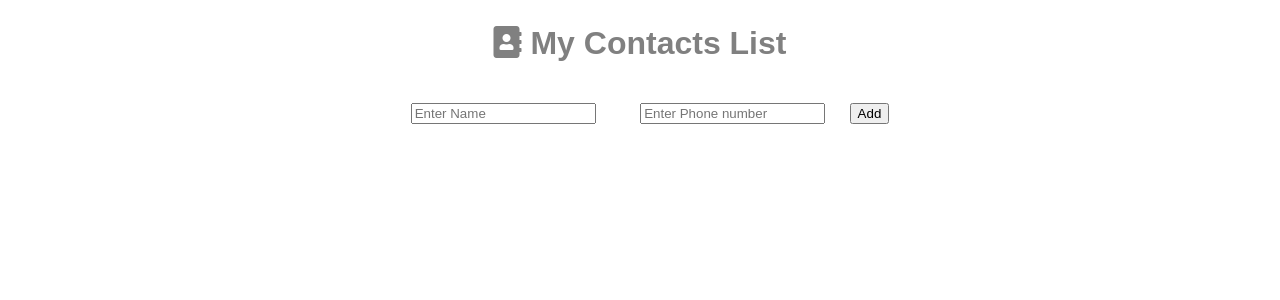
Repository: Sayan-100/Contact-List
Page: http://localhost/
An editor plug-in stored every save of this project. The page is shown before and after the next save, followed by the edit.
The browser window is 1280 px wide. The pictures show the whole page.
Some web libraries are served in a nearby version. The page is served by the project's Node server (index.js). Other server files are loaded and not shown. Queries for data that is not in the repository find no rows.

Above is the page before, as saved 2022-01-09 21:39:40.

### views/home.ejs
<html>

<head>
    <title>
        <%=locals.title%>
    </title>

    <link rel="stylesheet" href="https://use.fontawesome.com/releases/v5.5.0/css/all.css" integrity="sha384-B4dIYHKNBt8Bc12p+WXckhzcICo0wtJAoU8YZTY5qE0Id1GSseTk6S+L3BlXeVIU" crossorigin="anonymous">

    <!-- our css should below all the style so that we can override -->
    <link rel="stylesheet" href="/css/home.css">

</head>

<body>
    <h1 id="page-heading">
        <i class="fas fa-address-book "></i> My Contacts List
    </h1>
    <div id="contact-list-container">
        <ul>
            <% for(let i of contact_list) {%>
                <li class="contact">
                    <div class="details-name">
                        <p>
                            <%= i.name %>
                        </p>
                    </div>
                    <div class="details-contact-number delete-button">

                        <div>
                            <p>
                                <%= i.phone %>
                            </p>
                        </div>

                        <div>
                            <a href="/delete-contact/?id=<%=i._id%>">
                                <i class="fas fa-window-close"></i>
                            </a>
                        </div>
                    </div>
                </li>
                <% } %>
        </ul>
    </div>

    <form id="new-contact-form" action="/create_contact" method="POST">
        <input type="text" name="name" required placeholder="Enter Name">
        <input type="number" name="phone" required placeholder="Enter Phone number">

        <button type="submit">Add</button>

    </form>

    <script type="text/javascript" src="/js/home.js">
    </script>

</body>

</html>

### index.js
const express = require('express');
const path = require('path');
const port = 8000;

const db = require('./config/mongoose');
const Contact = require('./models/contact');

const app = express();


app.set('view engine', 'ejs');
app.set('views', path.join(__dirname, 'views'));
app.use(express.urlencoded());
app.use(express.static('assets'));

//middleware 1
// app.use(function(req, res, next) {
//     req.myName = "Sayan";
//     // console.log("middleware 1 called");
//     next();
// })

//middleware 2
// app.use(function(req, res, next) {
//     console.log('My name from middleware 2', req.myName);
//     next();
// })

// var contactList = [{
//         name: "Arapan sir",
//         phone: "1111111111"
//     },

//     {
//         name: "Coding Ninjas",
//         phone: "2111222222"
//     },

//     {
//         name: "Sayan",
//         phone: "4444444444"
//     }

// ];


app.get('/', function(req, res) {
    // console.log(__dirname);
    // res.send('<h1>cool, it is running or is it?</h1>');
    //return

    // console.log("from the get route", req.myName);

    Contact.find({}, function(err, contacts) {
        if (err) {
            console.log('Error in fetching contact list from db');
            return;
        }

        return res.render('home', {
            title: "My contacts list",
            contact_list: contacts
        });

    });


    // return res.render('home', {
    //     title: "My contacts list",
    //     contact_list: contactList
    // });

});

app.get('/practice', function(req, res) {
    return res.render('practice', {
        title: "Let us play with ejs"
    });
});

app.get('/delete-contact', function(req, res) {
    //console.log(req.query);
    //let phone = req.query.phone;
    let id = req.query.id;
    Contact.findByIdAndDelete(id, function(err) {
        if (err) {
            console.log('error in deleting a object form database');
            return;
        }

        return res.redirect('back');
    });
    // let contactIndex = contactList.findIndex(contact => contact.phone == phone);

    // if (contactIndex != -1) {
    //     contactList.splice(contactIndex, 1);
    // }

    // return res.redirect('back');
});

app.get('/', function(req, res) {

});


app.post('/create_contact', function(req, res) {
    // return res.redirect('/practice');
    // contactList.push({
    //     name: req.body.name,
    //     phone: req.body.phone
    // });
    // contactList.push(req.body);
    Contact.create({
        name: req.body.name,
        phone: req.body.phone
    }, function(err, newContact) {
        if (err) {
            console.log('error in creating a contact!');
            return;
        }

        console.log('*********', newContact);
        return res.redirect('back');

    });

    // return res.redirect('/');
    // return res.redirect('back');
});

app.listen(port, function(err) {

    if (err) {
        console.log('Error in running Server');
    }

    console.log('Yup. My express server is running on port', port);
});

### assets/css/home.css
    body {
        margin: 0;
        font-family: sans-serif;
        text-align: center;
    }

    #page-heading {
        text-align: center;
        margin-top: 25px;
        color: grey;
    }

    li {
        list-style: none;
        display: flex;
        justify-content: space-between;
        width: 90%;
        background-color: #ffc1d5;
        margin-bottom: 5px;
        font-weight: 600;
        overflow: hidden;
        color: white;
        font-family: monaco;
    }

    input {
        margin: 20px;
    }

    p {
        display: inline-block;
        padding-left: 2rem;
        padding-right: 5rem;
    }

    .details-contact-number {
        display: flex;
        justify-content: space-evenly;
    }

Loaded but not shown: assets/js/home.js (common file)

After the next save:
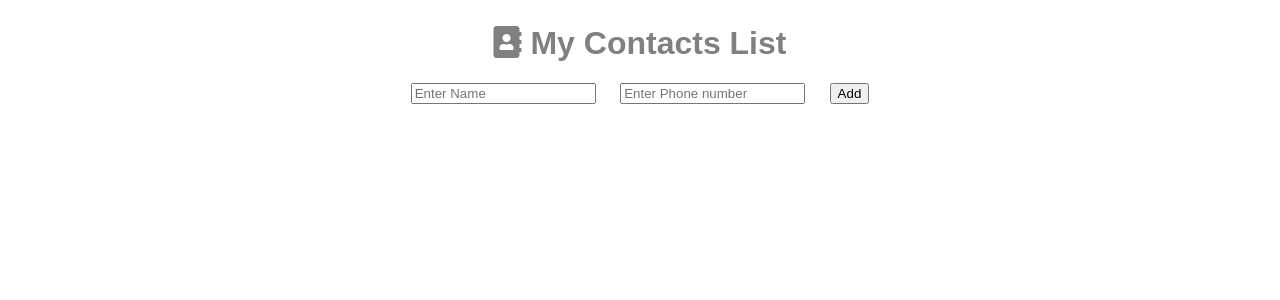
Saved 12 s later.
--- a/assets/css/home.css
+++ b/assets/css/home.css
@@ -24,7 +24,7 @@
     }
 
     input {
-        margin: 20px;
+        margin-right: 20px;
     }
 
     p {
